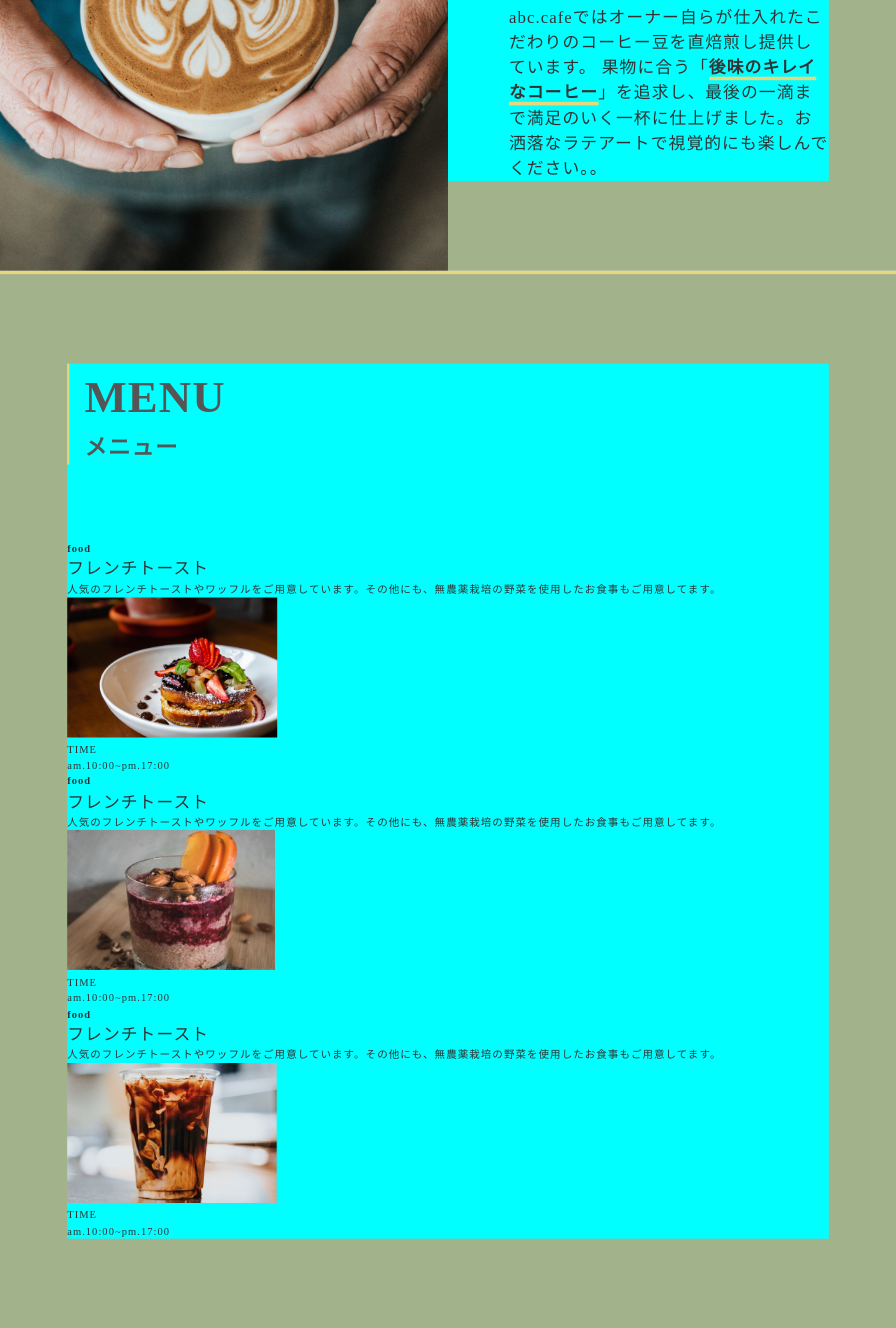
Repository: nozomi-23/lp1_test
Page: index.html
The author's editor kept a copy of each file at every save. The page is drawn from the files as they stood at one save, then again after the next save.
The browser window is 1280 px wide. The pictures show the part of the page from y = 2662 to 4582 px (the page is 4559 px tall before and 4582 px after), at 70% of full size.

Above is the page before, as saved 2022-06-08 15:14:18.

### index.html
<!DOCTYPE html>
<html lang="ja">
<head>
  <meta charset="UTF-8">
  <title>abc.cafe</title>
  <meta name="description" content="旬の果物とオーガニックなカフェ">
  <meta name="keywords" content="cafe,カフェ,フルーツ,お洒落">
  <meta name="viewport" content="width=device-width, initial-scale=1.0">
  <meta property="og:title" content="フルーツカフェ「abc.cafe」">
  <meta property="og:type" content="article">
  <meta property="og:url" content="https://withcode-plus.tech">
  <meta property="og:image" content="img/logo.png">
  <meta property="og:description" content="旬の果物とカラダに優しい食事を。">
  <meta property="og:site_name" content="お洒落なフルーツカフェ">
  <link rel="icon" href="img/favicon1.ico">
  <link rel="apple-touch-icon" sizes="180x180" href="img/logo.png">
  <link rel="preconnect" href="https://fonts.googleapis.com">
  <link rel="preconnect" href="https://fonts.gstatic.com" crossorigin>
  <link href="https://fonts.googleapis.com/css2?family=Noto+Serif+JP:wght@400;500;600;700;900&display=swap"
    rel="stylesheet">
  <link rel="stylesheet" href="css/reset.css">
  <link rel="stylesheet" href="css/common.css">
</head>
<body>
  <!-- ============= header -->
  <header>
    <div class="header_wrapper">
      <div class="inner">
        <nav class="header_nav">
          <ul>
            <li><a href="#news">NEWS<span>ニュース</span></a></li>
            <li><a href="#about">ABOUT<span>abc.cafeとは</span></a></li>
            <li><a href="#menu">MENU<span>メニュー</span></a></li>
            <li><a href="#access">ACCESS<span>アクセス</span></a></li>
            <li><a href="#contact">CONTACT<span>お問合せ</span></a></li>
          </ul>
        </nav>
      </div>
    </div>
  </header>
  <!-- ===================-main -->
  <div class="top_wrapper">
    <div class="top_inner">
      <h1>abc.cafe</h1>
    </div>
  </div>
  <!-- ===================-news -->
  <section id="news">
    <div class="news_wrapper">
      <div class="inner">
        <h2 class="title">NEWS<span>最新情報</span></h2>
        <div class="news_txt">
          <table>
            <tr>
              <th>2022.6</th>
              <td>今月の営業時間　更新しました</td>
            </tr>
            <tr>
              <th>2022.5</th>
              <td>期間限定　季節のフルーツパフェはじめました</td>
            </tr>
            <tr>
              <th>2022.3</th>
              <td>新メニュー追加しました</td>
            </tr>
          </table>
        </div>
      </div>
    </div>
  </section>
  <!-- ===================-about -->
  <section class="about_img_1 section" id="about">
    <div class="inner">
      <div class="about_descript">
        <h2 class="title">ABOUT<span>abc.cafeについて</span></h2>
        <div class="txt">
          <h3>abc.cafeのこだわり</h3>
          <p><strong>カラダは食べるものでできている</strong><br>
            いつまでも元気な身体でいるためにはどんな食生活をするかが大切です。皆さん果物を積極的に食べていますか？abc.cafeは愛知県内の農家から届く<strong>季節のフルーツ</strong>をふんだんに使用したメニューを提供しています。</p>
        </div>
    </div>
    </div>
    </section>
  <section class="about_img_2 section"   id="about">
    <div class="inner">
      <div class="about_descript about_descript_right">
        <h2 class="title">MORE..<span>さらに</span></h2>
        <div class="txt">
          <h3>coffeeにもこだわり</h3>
          <p>abc.cafeではオーナー自らが仕入れたこだわりのコーヒー豆を直焙煎し提供しています。
          果物に合う「<strong>後味のキレイなコーヒー</strong>」を追求し、最後の一滴まで満足のいく一杯に仕上げました。お洒落なラテアートで視覚的にも楽しんでください。。
          </p>
        </div>
    </div>
    </div>
  </div>
  </section>

  <!-- ===================-menu -->
  <section class="menu_wrapper section" id="menu">
    <div class="inner">
      <h2 class="title">MENU<span>メニュー</span></h2>
      <div class="fram">
        <div class="txt">
          <h4>food</h4>
          <p>フレンチトースト</p>
        </div>
        <p>人気のフレンチトーストやワッフルをご用意しています。その他にも、無農薬栽培の野菜を使用したお食事もご用意してます。</p>
        <img src="img/menu_1.png" alt="フレンチトースト">
        <div>
          <p>TIME</p>
        </div>
        <p>am.<span>10:00</span>~pm.<span>17:00</span></p>
      </div>
      <div class="fram">
        <div class="txt">
          <h4>food</h4>
          <p>フレンチトースト</p>
        </div>
        <p>人気のフレンチトーストやワッフルをご用意しています。その他にも、無農薬栽培の野菜を使用したお食事もご用意してます。</p>
        <img src="img/menu_2.png" alt="パフェ">
        <div>
          <p>TIME</p>
        </div>
        <p>am.<span>10:00</span>~pm.<span>17:00</span></p>
      </div>
      <div class="fram">
        <div class="txt">
          <h4>food</h4>
          <p>フレンチトースト</p>
        </div>
        <p>人気のフレンチトーストやワッフルをご用意しています。その他にも、無農薬栽培の野菜を使用したお食事もご用意してます。</p>
        <img src="img/menu_3.png" alt="テイクアウト">
        <div>
          <p>TIME</p>
        </div>
        <p>am.<span>10:00</span>~pm.<span>17:00</span></p>


      </div>
    </div>
  </section>







</body>
</html>

### css/reset.css
@charset "UTF-8";

html,
body,
div,
span,
object,
iframe,
h1,
h2,
h3,
h4,
h5,
h6,
p,
blockquote,
pre,
abbr,
address,
cite,
code,
del,
dfn,
em,
img,
ins,
kbd,
q,
samp,
small,
strong,
sub,
sup,
var,
b,
i,
dl,
dt,
dd,
ol,
ul,
li,
fieldset,
form,
label,
legend,
table,
caption,
tbody,
tfoot,
thead,
tr,
th,
td,
article,
aside,
canvas,
details,
figcaption,
figure,
footer,
header,
hgroup,
menu,
nav,
section,
summary,
time,
mark,
audio,
video {
  margin: 0;
  padding: 0;
  border: 0;
  outline: 0;
  font-size: 100%;
  vertical-align: baseline;
  background: transparent;
}

body {
  line-height: 1;
}

article,
aside,
details,
figcaption,
figure,
footer,
header,
hgroup,
menu,
nav,
section {
  display: block;
}

nav ul {
  list-style: none;
}

blockquote,
q {
  quotes: none;
}

blockquote:before,
blockquote:after,
q:before,
q:after {
  content: '';
  content: none;
}

a {
  margin: 0;
  padding: 0;
  font-size: 100%;
  vertical-align: baseline;
  background: transparent;
}

/* change colours to suit your needs */
ins {
  background-color: #ff9;
  color: #000;
  text-decoration: none;
}

/* change colours to suit your needs */
mark {
  background-color: #ff9;
  color: #000;
  font-style: italic;
  font-weight: bold;
}

del {
  text-decoration: line-through;
}

abbr[title],
dfn[title] {
  border-bottom: 1px dotted;
  cursor: help;
}

table {
  border-collapse: collapse;
  border-spacing: 0;
}

/* change border colour to suit your needs */
hr {
  display: block;
  height: 1px;
  border: 0;
  border-top: 1px solid #cccccc;
  margin: 1em 0;
  padding: 0;
}

input,
select {
  vertical-align: middle;
}

### css/common.css
@charset "UTF-8";

body {
  font-size: 15px;
  color: #333;
  font-family: 'Noto Serif JP', serif;
  word-break: break-all;
  letter-spacing: 0.1em;
  line-height: 1.5;
}
a {
  text-decoration: none;
  color: #333;
}
li {
  list-style: none;
}
.inner {
  width: 85%;
  margin: 0 auto;
  background-color: aqua;
}
/* =====================
共通パーツ
=========================*/
.title {
  font-weight: bold;
  font-size: 4rem;
  color: #555;
  border-left: solid 3px #E9D77D;
  padding-left: 2%;
  margin-bottom: 10%;
}
.title span {
  display: block;
  font-size: 2rem;
}
.section {
  border-top: solid 5px #E9D77D;
  background-color: #A2B38B;
  padding: 10% 0;
}
/* .section:nth-child(4) {
  background-color: #fff;
  border-top: solid 5px #E9D77D;
} */


/* =====================
header
=========================*/
.header_wrapper {
  width: 100%;
  background-color: #634B47;
}
.header_nav ul {
  width: 100%;
  display: table;
}
.header_nav ul li {
  display: table-cell;
  text-align: center;
}
.header_nav ul li a {
  display: inline-block;
  color: #fff;
  padding: 8% 0;
}
.header_nav ul li a:hover {
  opacity: 0.5;
}
.header_nav ul li a span {
  display: block;
  margin-top: 10%;
}
/* =====================
main
=========================*/
.top_wrapper {
  width: 100%;
  height: 85vh;
  overflow: hidden;
  background: url(../img/main.png) no-repeat center;
  background-size: cover;
  /* margin-bottom: 120px; */
}
.top_wrapper::after {
  content: "";
  position: relative;
  width: 100%;
}
.top_inner {
  position: absolute;
  top: 20%;
  left: 37%;
  z-index: 1;
}
.top_inner h1{
  font-family: 'Lobster', cursive;
  font-size: 15rem;
  color: #fff;
  opacity: 65%;
}
/* =====================
news
=========================*/
.news_wrapper {
  padding: 10% 0;
}
.news_txt table{
  margin: 0 auto;
  background-color: #E9D77D;
  font-size: 1.5rem;
}
.news_txt tr {
  border-top: solid 1px;
}
.news_txt th {
  padding: 20px 100px 20px 0;
  font-weight: normal;
}
.news_txt td {
  padding: 20px 100px 20px 0;
}
/* =====================
about
=========================*/

.txt h3 {
  font-size: 2.4rem;
  margin-bottom: 1em;
  font-weight: normal;
}
.txt p {
  font-size: 1.5rem;
}
.txt strong {
  border-bottom: solid 5px #E9D77D;
}
.about_img_1 {
  position: relative;
}
.about_img_1::after {
  position: absolute;
  content: "";
  background: url(../img/about_1.png) no-repeat center;
  background-size: cover;
  width: 50%;
  height: 100%;
  top: 0;
  left: 50%;
}
.about_img_2 {
  position: relative;
}
.about_img_2::after {
  position: absolute;
  content: "";
  background: url(../img/about_2.png) no-repeat center;
  background-size: cover;
  width: 50%;
  height: 100%;
  top: 0;

}
.about_descript {
  width: 42%;
}
.about_descript_right {
  position: relative;
  left: 58%;
}
/* =====================
menu
=========================*/

After the next save:
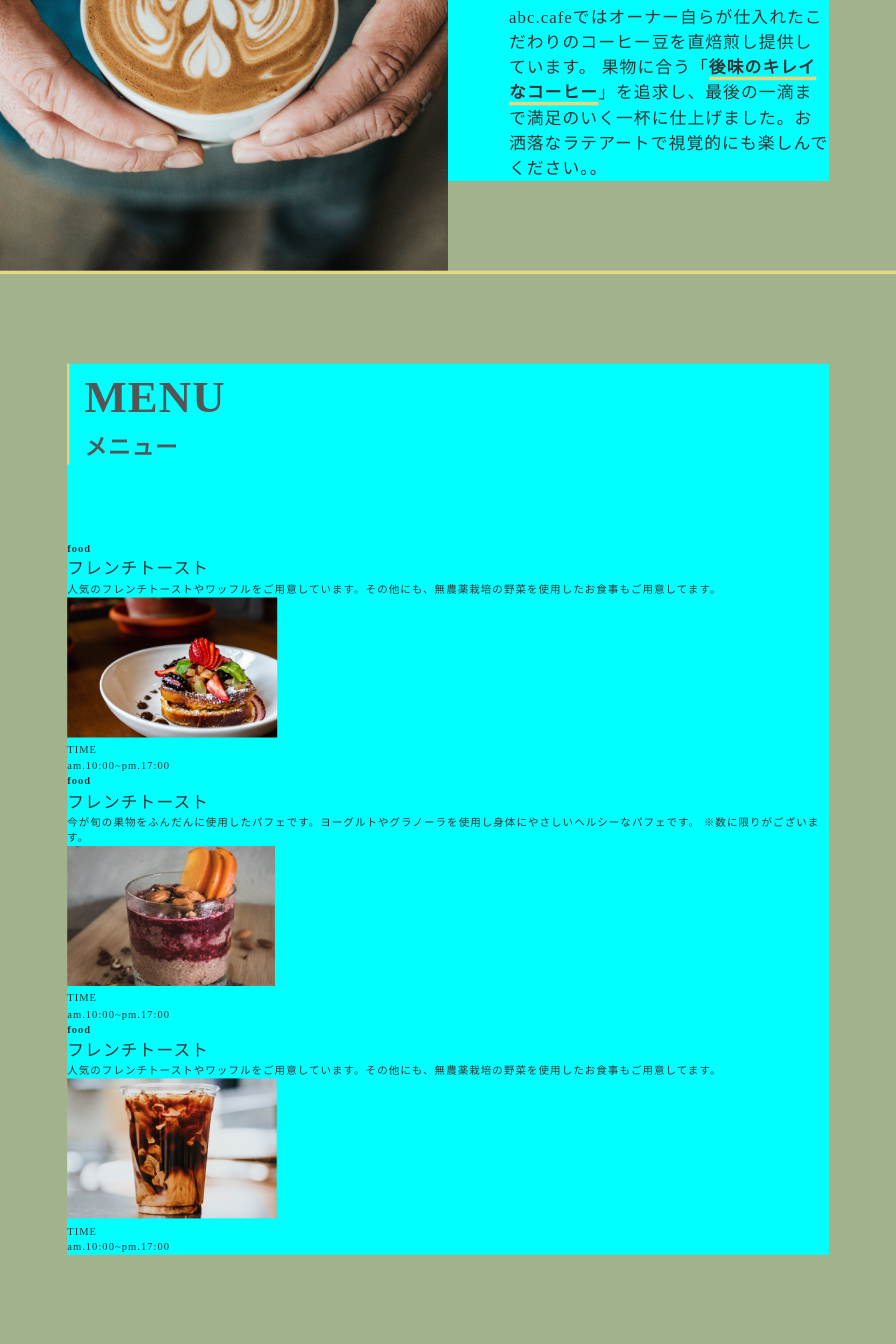
Saved 18 s later.
--- a/index.html
+++ b/index.html
@@ -117,7 +117,8 @@
           <h4>food</h4>
           <p>フレンチトースト</p>
         </div>
-        <p>人気のフレンチトーストやワッフルをご用意しています。その他にも、無農薬栽培の野菜を使用したお食事もご用意してます。</p>
+        <p>今が旬の果物をふんだんに使用したパフェです。ヨーグルトやグラノーラを使用し身体にやさしいヘルシーなパフェです。
+        ※数に限りがございます。</p>
         <img src="img/menu_2.png" alt="パフェ">
         <div>
           <p>TIME</p>

After the 2 saves that followed:
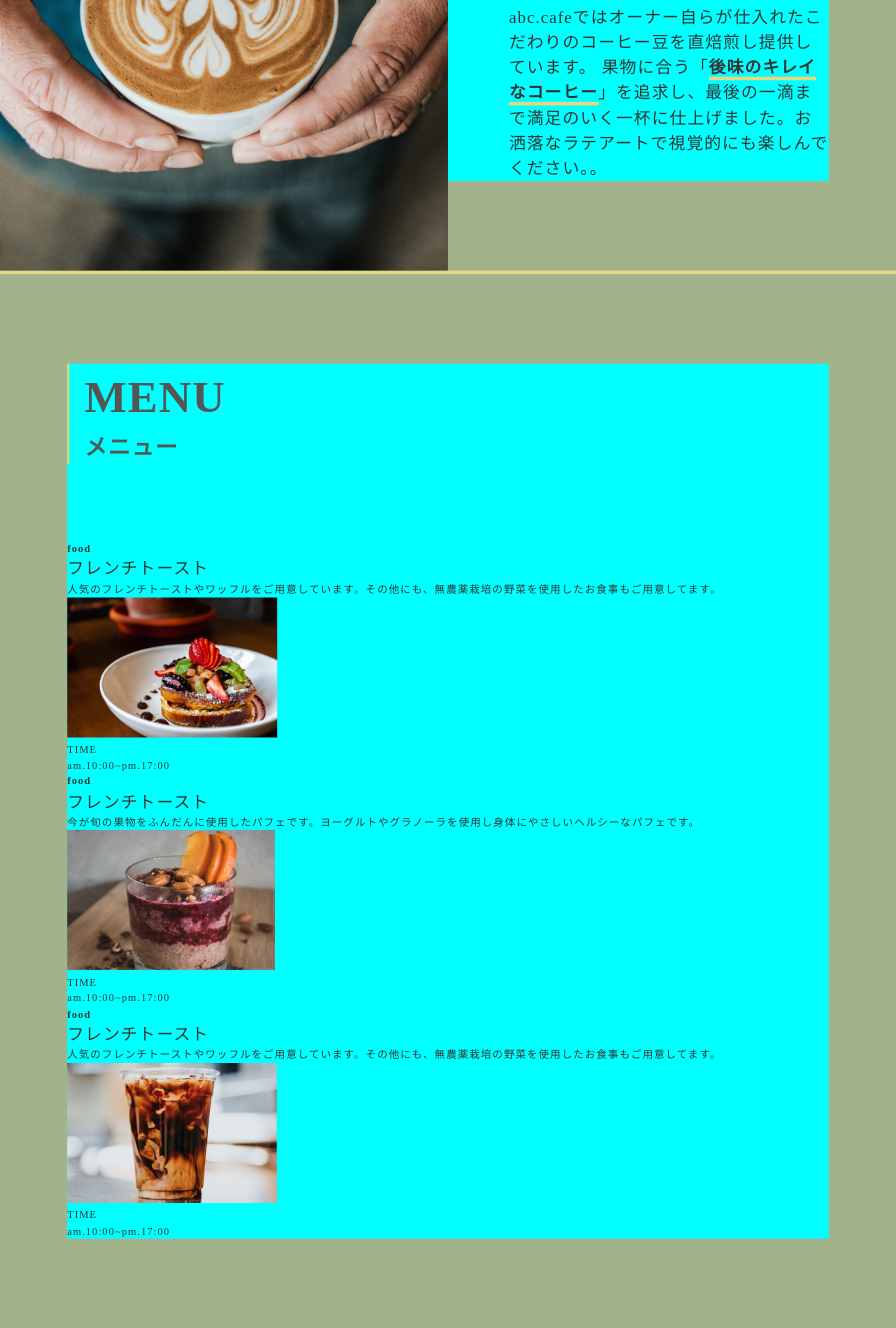
The 2 saves are shown as one change because they came seconds apart.
The last was saved 7 s later.
--- a/index.html
+++ b/index.html
@@ -118,7 +118,7 @@
           <p>フレンチトースト</p>
         </div>
         <p>今が旬の果物をふんだんに使用したパフェです。ヨーグルトやグラノーラを使用し身体にやさしいヘルシーなパフェです。
-        ※数に限りがございます。</p>
+        <s※数に限りがございます。</p>
         <img src="img/menu_2.png" alt="パフェ">
         <div>
           <p>TIME</p>
